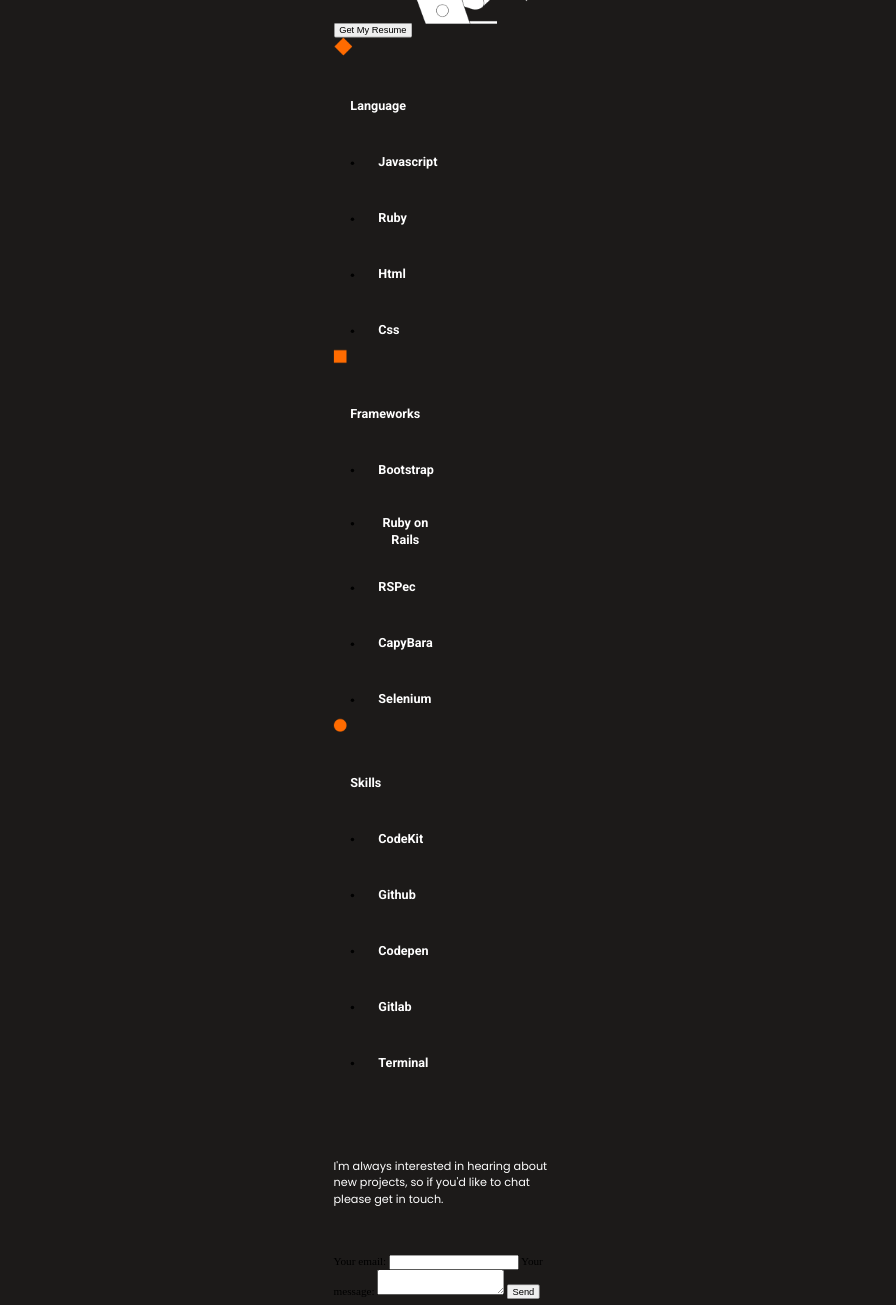
Repository: camilevahviraki/Portfolio
Page: index.html
An editor plug-in stored every save of this project. The page is shown before and after the next save, followed by the edit.
The browser window is 1280 px wide. The pictures show the part of the page from y = 4174 to 6094 px (the page is 6038 px tall before and 6094 px after), at 70% of full size.
Some web fonts or font styles are not loaded; a fallback is used.

Above is the page before, as saved 2022-03-22 06:57:56.

### index.html
<!DOCTYPE html>
<html lang="en">
  <head>
    <meta charset="UTF-8" />
    <meta http-equiv="X-UA-Compatible" content="IE=edge" />
    <meta name="viewport" content="width=device-width, initial-scale=1.0" />
    <link rel="preconnect" href="https://fonts.googleapis.com" />
    <link rel="preconnect" href="https://fonts.gstatic.com" crossorigin />
    <link
      href="https://fonts.googleapis.com/css2?family=Crete+Round&family=Inter:wght@400;500;700&family=Poppins:ital@0;1&family=Roboto:wght@700&display=swap"
      rel="stylesheet"
    />
    <link rel="stylesheet" href="index.css" />
    <title>Portfolio</title>
  </head>
  <body>
    <nav>
      <a href="#" class=""><h2 class="h2_1">Camilux</h2></a>

      <button class="button1">
        <img src="./images/clipart365828.png" alt="" class="hamburger" />
      </button>
    </nav>
    <section class="section1">
      <h1 class="h1_1">Hey there. I'm Camile</h1>

      <h3 class="h3_title">I’am a Software Developer</h3>

      <p class="p1">
        I can help you build a product , feature or website Look through some of
        my work and experience! If you like what you see and have a project you
        need coded, don’t hesitate to contact me.
      </p>
      <ul class="links_png">
        <li class="li_png">
          <a href="#">
            <img src="./images/github.png" alt="" class="png_img" />
          </a>
        </li>
        <li class="li_png">
          <a href="#">
            <img src="./images/LinkedinIcon.png" alt="" class="png_img" />
          </a>
        </li>
        <li class="li_png">
          <a href="#">
            <img src="./images/angelList.png" alt="" class="png_img" />
          </a>
        </li>
        <li class="li_png">
          <a href="#">
            <img src="./images/twitter.png" alt="" class="png_img" />
          </a>
        </li>
        <li class="li_png">
          <a href="#">
            <img src="./images/medium.png" alt="" class="png_img" />
          </a>
        </li>
      </ul>

      <img src="./images/Illustration.png" alt="" class="vector" />
    </section>
    <section class="my_projects">
      <section class="section2">
        <h2 class="h1_2">My Recent Works</h2>
        <img src="./images/ImgSestion1.png" alt="" class="image-section2" />
        <h2 class="h2_2">Multi-Post Stories</h2>
        <p class="p2">
          A daily selection of privately personalized reads; no accounts or
          sign-ups required. has been the industry's standard dummy text ever
          since the 1500s, when an unknown printer took a standard dummy text.
        </p>
        <ul class="buttons_s2">
          <li class="bt_s2"><button class="buttonL">css</button></li>
          <li class="bt_s2"><button class="buttonL">html</button></li>
          <li class="bt_s2"><button class="buttonL">bootstrap</button></li>
          <li class="bt_s2"><button class="buttonL">Ruby</button></li>
        </ul>
        <button class="buttonEn">See Project</button>
      </section>
      <section class="section_M">
        <h2 class="h1_3">Profesional Art Printing Data</h2>
        <p class="p_sectionM">
          A daily selection of privately personalized reads; no accounts or
          sign-ups required. has been the industry's standard
        </p>
        <ul class="ul_sectionM">
          <li><button class="butn_M">html</button></li>
          <li><button class="butn_M">bootstrap</button></li>
          <li><button class="butn_M">Ruby</button></li>
        </ul>
        <button class="btn_M_en">See project</button>
      </section>
      <section class="section_M">
        <h2 class="h1_3">Profesional Art Printing Data</h2>
        <p class="p_sectionM">
          A daily selection of privately personalized reads; no accounts or
          sign-ups required. has been the industry's standard
        </p>
        <ul class="ul_sectionM">
          <li><button class="butn_M">html</button></li>
          <li><button class="butn_M">bootstrap</button></li>
          <li><button class="butn_M">Ruby</button></li>
        </ul>
        <button class="btn_M_en">See project</button>
      </section>
      <section class="section_M">
        <h2 class="h1_3">Profesional Art Printing Data</h2>
        <p class="p_sectionM">
          A daily selection of privately personalized reads; no accounts or
          sign-ups required. has been the industry's standard
        </p>
        <ul class="ul_sectionM">
          <li><button class="butn_M">html</button></li>
          <li><button class="butn_M">bootstrap</button></li>
          <li><button class="butn_M">Ruby</button></li>
        </ul>
        <button class="btn_M_en">See project</button>
      </section>
      <section class="section_M">
        <h2 class="h1_3">Profesional Art Printing Data</h2>
        <p class="p_sectionM">
          A daily selection of privately personalized reads; no accounts or
          sign-ups required. has been the industry's standard
        </p>
        <ul class="ul_sectionM">
          <li><button class="butn_M">html</button></li>
          <li><button class="butn_M">bootstrap</button></li>
          <li><button class="butn_M">Ruby</button></li>
        </ul>
        <button class="btn_M_en">See project</button>
      </section>
      <section class="section_M">
        <h2 class="h1_3">Profesional Art Printing Data</h2>
        <p class="p_sectionM">
          A daily selection of privately personalized reads; no accounts or
          sign-ups required. has been the industry's standard
        </p>
        <ul class="ul_sectionM">
          <li><button class="butn_M">html</button></li>
          <li><button class="butn_M">bootstrap</button></li>
          <li><button class="butn_M">Ruby</button></li>
        </ul>
        <button class="btn_M_en">See project</button>
      </section>
    </section>

    <section class="section_aboutMe">
      <h2 class="h2_4">About me</h2>
      <p class="p_4">
        Hello I’m a software developer! I can help you build a product , feature
        or website Look through some of my work and experience! If you like what
        you see and have a project you need coded, don’t hestiate to contact me.
      </p>
      <button class="btn_about">Get My Resume</button>
      <img src="./images/Frame.png" alt="" class="img_about_me" />
      <div class="bottom_line"></div>

      <div class="languages_div">
        <div class="languages_title">
          <img src="./images/Rectangle55.png" alt="" class="rectangle1" />
          <h2 class="h1_5">Language</h2>
        </div>
        <ul class="languages">
          <li><h2 class="lng_elmnt">Javascript</h2></li>
          <li><h2 class="lng_elmnt">Ruby</h2></li>
          <li><h2 class="lng_elmnt">Html</h2></li>
          <li><h2 class="lng_elmnt">Css</h2></li>
        </ul>

        <div class="languages_title">
          <img src="./images/Rectangle56.png" alt="" class="rectangle" />
          <h2 class="h1_5">Frameworks</h2>
        </div>
        <ul class="languages">
          <li><h2 class="lng_elmnt">Bootstrap</h2></li>
          <li><h2 class="lng_elmnt">Ruby on Rails</h2></li>
          <li><h2 class="lng_elmnt">RSPec</h2></li>
          <li><h2 class="lng_elmnt">CapyBara</h2></li>
          <li><h2 class="lng_elmnt">Selenium</h2></li>
        </ul>

        <div class="languages_title">
          <img src="./images/circle57.png" alt="" class="rectangle" />
          <h2 class="h1_5">Skills</h2>
        </div>
        <ul class="languages">
          <li><h2 class="lng_elmnt">CodeKit</h2></li>
          <li><h2 class="lng_elmnt">Github</h2></li>
          <li><h2 class="lng_elmnt">Codepen</h2></li>
          <li><h2 class="lng_elmnt">Gitlab</h2></li>
          <li><h2 class="lng_elmnt">Terminal</h2></li>
        </ul>
      </div>
    </section>
    <section class="contact_form">
      <p class="p_contact_form">
        I'm always interested in hearing about new projects, so if you'd like to
        chat please get in touch.
      </p>
      <form action="https://formspree.io/f/xgedzqjv" method="POST">
        <label>
          Your email:
          <input type="email" name="email" />
        </label>
        <label>
          Your message:
          <textarea name="message"></textarea>
        </label>
        <!-- your other form fields go here -->
        <button type="submit">Send</button>
      </form>
    </section>
  </body>
</html>

### index.css
body {
  display: flex;
  flex-direction: column;
  background: #1c1a19;
  align-items: center;
}

nav {
  display: flex;
  flex-direction: row;
  position: absolute;
  width: 100vw;
  height: 92px;
  left: 0;
  top: 0;
  background: #3c3a39;
}

h1 {
  position: static;
  width: 327px;
  height: 124px;
  font-family: "Crete Round", Arial, Helvetica, sans-serif;
  font-style: normal;
  font-weight: 400;
  font-size: 56px;
  line-height: 64px;
  letter-spacing: 0.37px;
  color: #ff6b00;
  flex: none;
  order: 0;
  flex-grow: 0;
}

h2 {
  position: static;
  width: 77px;
  height: 24px;
  left: 12px;
  top: 10px;
  font-family: "Roboto", Arial, Helvetica, sans-serif;
  font-style: normal;
  font-weight: 700;
  font-size: 18px;
  line-height: 24px;
  display: flex;
  align-items: center;
  text-align: center;
  color: rgb(255, 255, 255);
  flex: none;
  order: 0;
  flex-grow: 0;
  margin-top: 56px;
  margin-left: 24px;
}

h3 {
  position: static;
  height: 27px;
  font-family: "Roboto", Arial, Helvetica, sans-serif;
  font-style: normal;
  font-weight: 700;
  font-size: 24px;
  color: #fff5e1;
}

section {
  margin-top: 92px;
  position: static;
  width: 327px;
}

p {
  position: static;
  width: 327px;
  height: 123px;
  left: 24px;
  top: 295px;
  font-family: "Poppins", Arial, Helvetica, sans-serif;
  font-style: normal;
  font-weight: 400;
  font-size: 16px;
  line-height: 24px;
  color: #ffffff;
  flex: none;
  order: 2;
  flex-grow: 0;
  z-index: 3;
}

.title1 {
  width: 327px;
  height: 124px;
  margin-top: 90px;
  padding-bottom: 0;
}

.h3-tag {
  margin-top: 12px;
  width: 327px;
  padding-top: 12px;
  padding-bottom: 12px;
  padding-left: 0;
}

.links_png {
  display: flex;
  flex-direction: row;
}

.png_img {
  height: 20px;
  width: 20px;
  margin-left: 10px;
}

.img1 {
  width: 40px;
  height: 40px;
}

.vector_img {
  display: flex;
  flex-direction: row;
  justify-content: flex-end;
  z-index: 2;
  margin-top: -260px;
}

.vector {
  position: relative;
  right: -20px;
}

.img1:hover {
  filter: sepia(100%) hue-rotate(142deg) saturate(500%);
}

.hamburger {
  position: relative;
  width: 12px;
  height: 12px;
  left: 58px;
  top: 63px;
}

.selector2 {
  position: relative;
  width: 100px;
  left: 155px;
}

.selector {
  width: 120px;
  align-items: baseline;
}

After the next save:
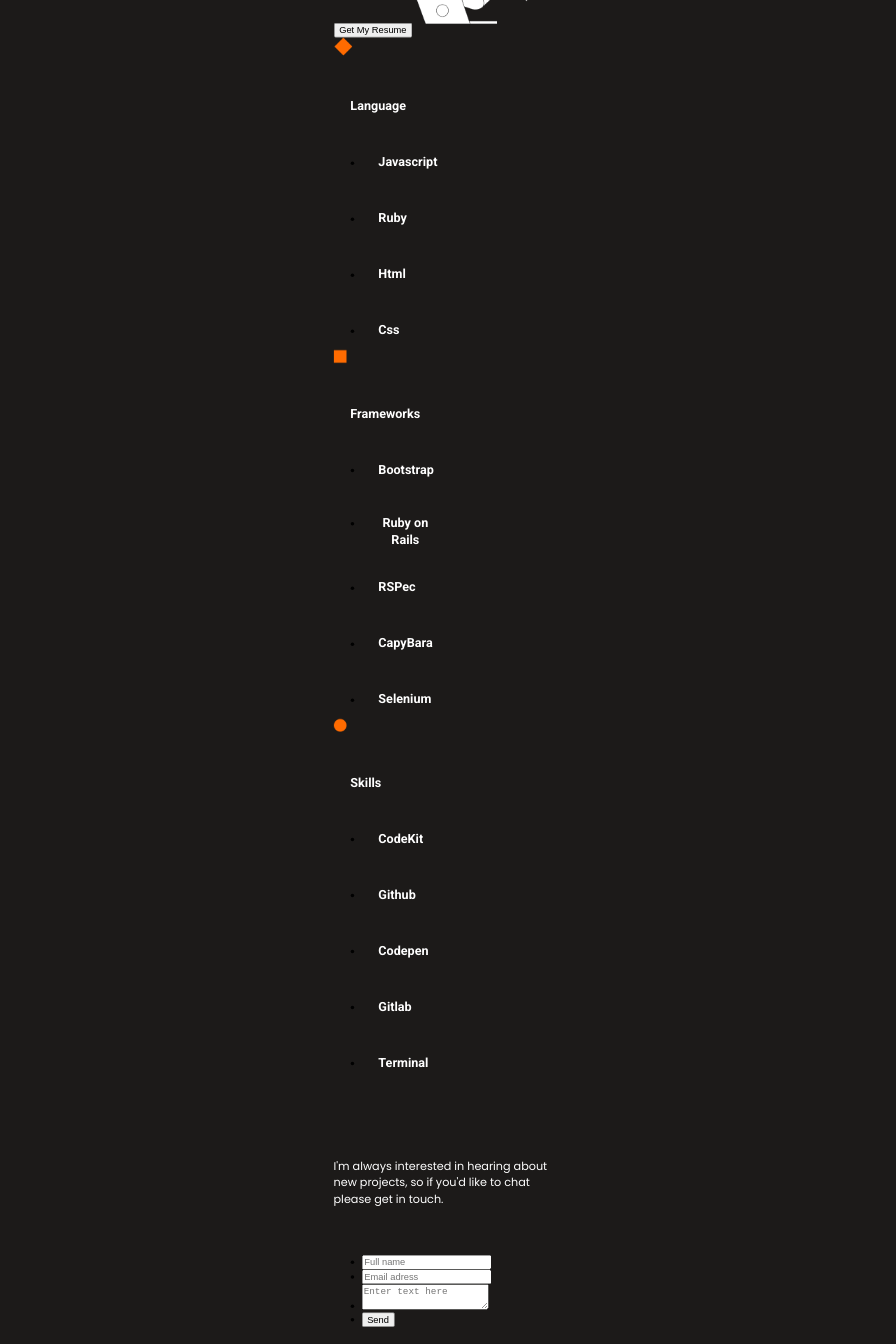
Saved 8 min 4 s later.
--- a/index.html
+++ b/index.html
@@ -200,16 +200,12 @@
         chat please get in touch.
       </p>
       <form action="https://formspree.io/f/xgedzqjv" method="POST">
-        <label>
-          Your email:
-          <input type="email" name="email" />
-        </label>
-        <label>
-          Your message:
-          <textarea name="message"></textarea>
-        </label>
-        <!-- your other form fields go here -->
-        <button type="submit">Send</button>
+        <ul>
+          <li><input type="text" name="name" placeholder="Full name"/></li>
+          <li><input type="email" name="email" placeholder="Email adress"/></li>
+          <li><textarea name="message" placeholder="Enter text here"></textarea></li>
+          <li><button type="submit">Send</button></li>
+        </ul>
       </form>
     </section>
   </body>
